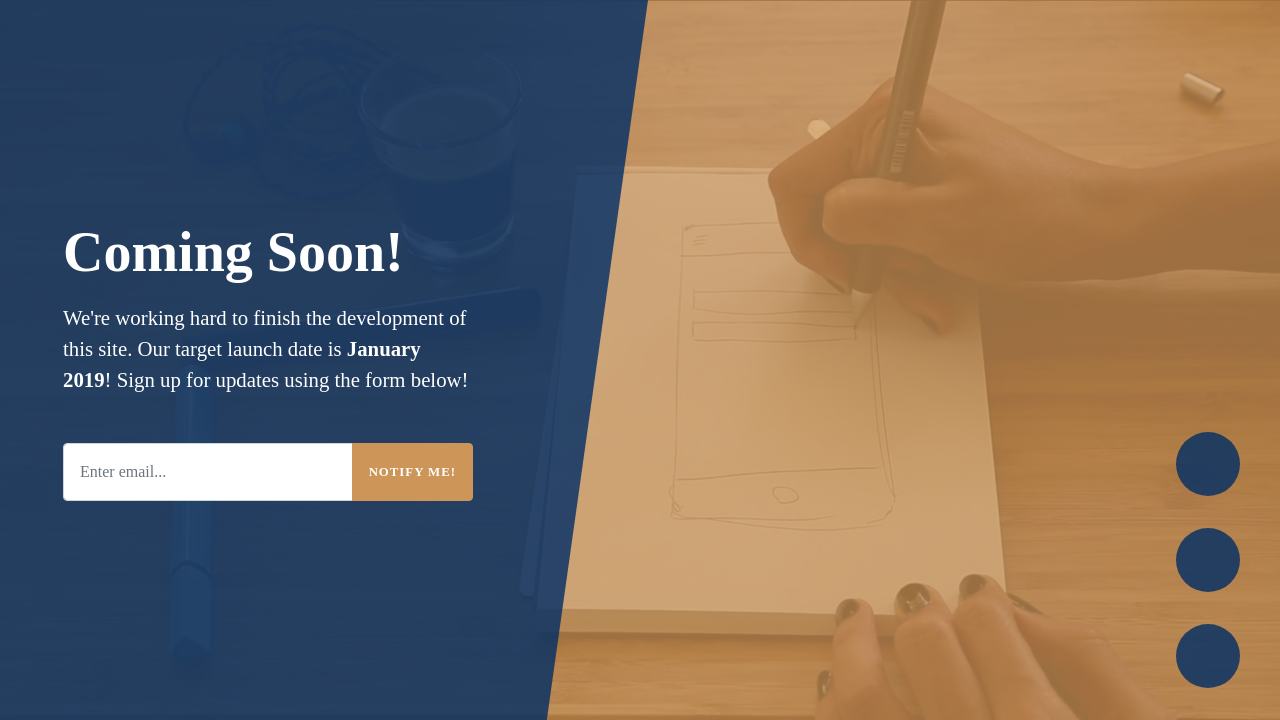
Repository: Guruscode/mega-list
Page: http://localhost/
The author's editor kept a copy of each file at every save. The page is drawn from the files as they stood at one save, then again after the next save.
The browser window is 1280 px wide. The pictures show the whole page.
The page is run by PHP 8.4 with error messages shown; the project is at /var/www/html/.

Above is the page before, as saved 2018-02-20 22:59:18.
Console error: TypeError: Cannot read properties of undefined (reading 'fn')

After the next save:
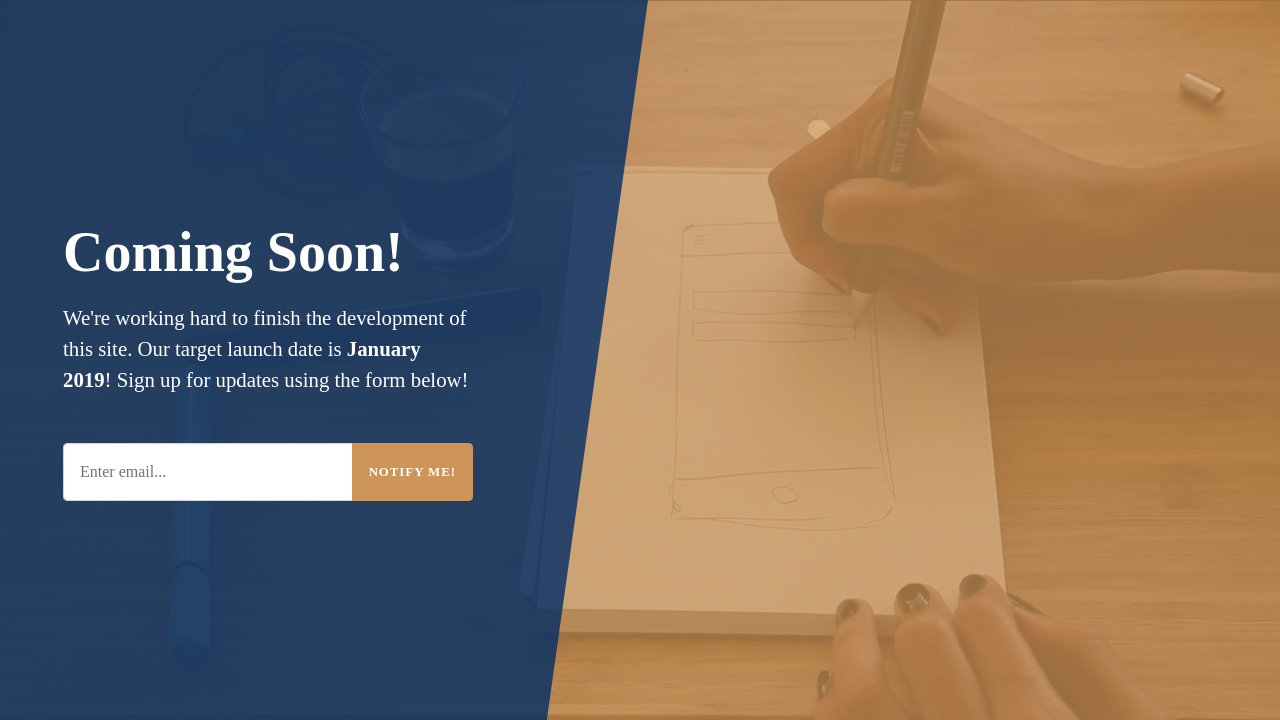
Saved 29 s later.
--- a/index.php
+++ b/index.php
@@ -35,25 +35,7 @@
         </div>
         </div>
 
-        <div class="social-icons">
-        <ul class="list-unstyled text-center mb-0">
-            <li class="list-unstyled-item">
-            <a href="#">
-                <i class="fa fa-twitter"></i>
-            </a>
-            </li>
-            <li class="list-unstyled-item">
-            <a href="#">
-                <i class="fa fa-facebook"></i>
-            </a>
-            </li>
-            <li class="list-unstyled-item">
-            <a href="#">
-                <i class="fa fa-instagram"></i>
-            </a>
-            </li>
-        </ul>
-        </div>
+
 
 
 
